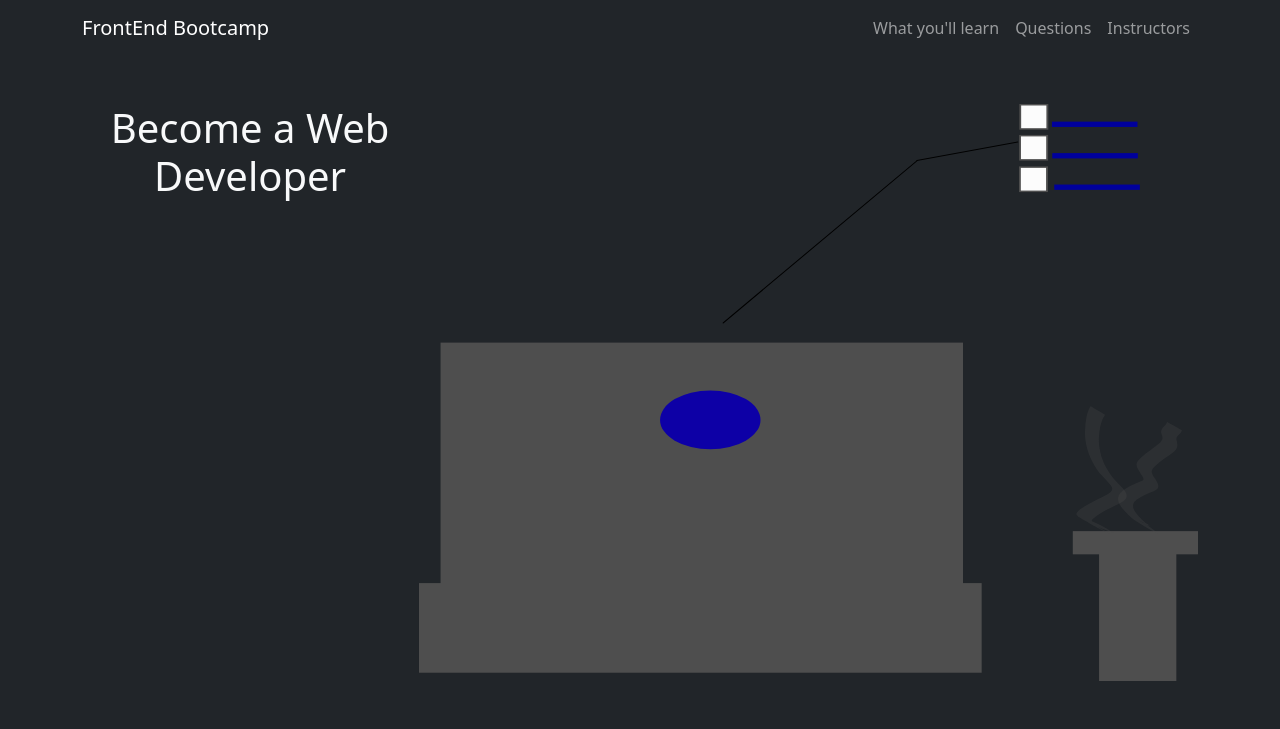
Repository: HaziimYassien/Front-End-BootCamp-__BootStrap-Project
Page: Front End BootCamp2/index.html
The author's editor kept a copy of each file at every save. The page is drawn from the files as they stood at one save, then again after a run of saves.
The browser window is 1280 px wide. The pictures show the whole page.

Above is the page before, as saved 2024-01-12 02:11:44.

### Front End BootCamp2/index.html
<!DOCTYPE html>
<html lang="en">
  <head>
    <meta charset="utf-8" />
    <meta name="viewport" content="width=device-width, initial-scale=1" />
    <title>Frontend Bootcamp</title>
    <link
      href="https://cdn.jsdelivr.net/npm/bootstrap@5.3.2/dist/css/bootstrap.min.css"
      rel="stylesheet"
      integrity="sha384-T3c6CoIi6uLrA9TneNEoa7RxnatzjcDSCmG1MXxSR1GAsXEV/Dwwykc2MPK8M2HN"
      crossorigin="anonymous"
    />
    <link rel="stylesheet" href="style.css" />
  </head>
  <body>
    <!-- START _NavigationBar -->
    <nav class="navbar navbar-expand-lg bg-dark navbar-dark">
      <div class="container">
        <a href="#" class="navbar-brand">FrontEnd Bootcamp</a>
        <button
          class="navbar-toggler"
          type="button"
          data-bs-toggle="collapse"
          data-bs-target="#navmenu"
        >
          <span class="navbar-toggler-icon"></span>
        </button>
        <div class="collapse navbar-collapse" id="navmenu">
          <ul class="navbar-nav ms-auto">
            <li class="nav-item">
              <a href="#learn" class="nav-link">What you'll learn</a>
            </li>
            <li class="nav-item">
              <a href="#questions" class="nav-link">Questions</a>
            </li>
            <li class="nav-item">
              <a href="#instructors" class="nav-link">Instructors</a>
            </li>
          </ul>
        </div>
      </div>
    </nav>
    <!-- END _NavigationBar -->

    <!-- START _ShowCase -->
    <section class="bg-dark text-light p-5 text-center">
      <div class="container">
        <div class="d-flex">
          <div>
            <h1>Become a Web Developer</h1>
          </div>
          <img
            class="img-fluid w-100 h-50"
            src="img/FirstImage_BootCampProject.svg"
            alt=""
          />
        </div>
      </div>
    </section>
    <script
      src="https://cdn.jsdelivr.net/npm/bootstrap@5.3.2/dist/js/bootstrap.bundle.min.js"
      integrity="sha384-C6RzsynM9kWDrMNeT87bh95OGNyZPhcTNXj1NW7RuBCsyN/o0jlpcV8Qyq46cDfL"
      crossorigin="anonymous"
    ></script>
  </body>
</html>

Loaded but not shown: Front End BootCamp2/style.css (no copy from this time; the picture is the same without it)

After the next 2 saves:
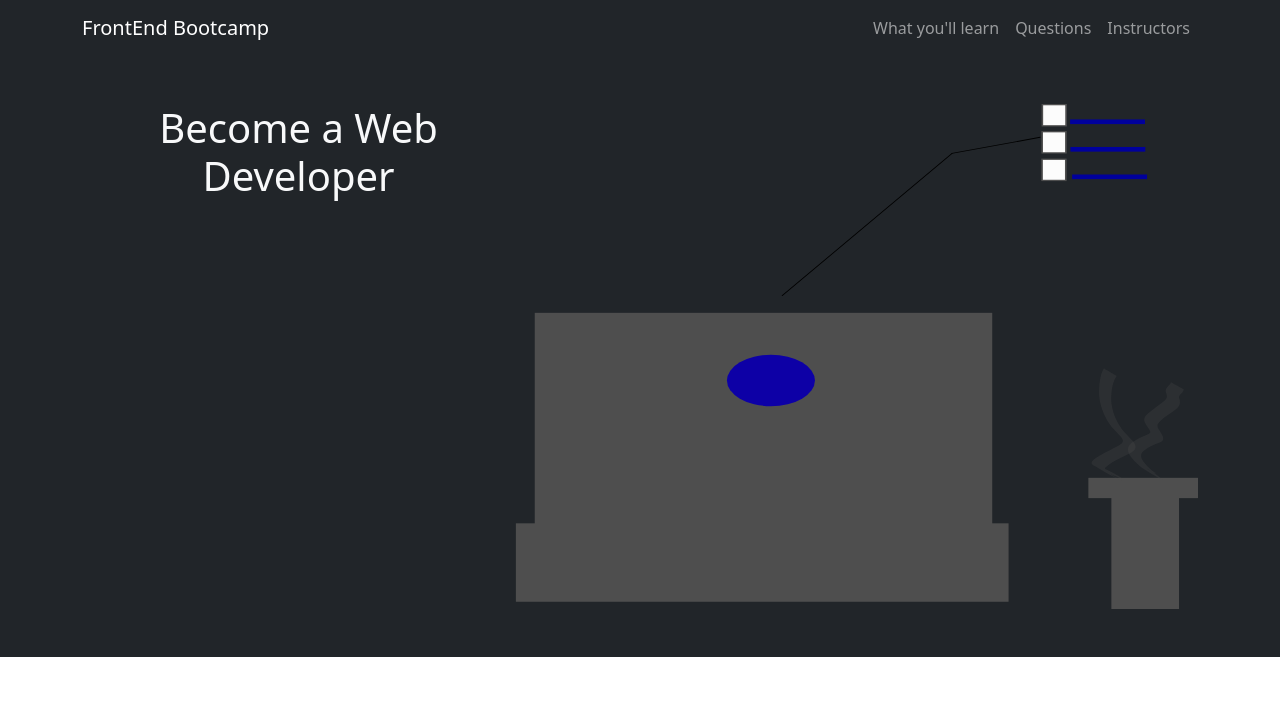
The 2 saves are shown as one change because they came seconds apart.
The last was saved 17 s later.
--- a/Front End BootCamp2/index.html
+++ b/Front End BootCamp2/index.html
@@ -50,7 +50,7 @@
             <h1>Become a Web Developer</h1>
           </div>
           <img
-            class="img-fluid w-100 h-50"
+            class="img-fluid w-10 h-50"
             src="img/FirstImage_BootCampProject.svg"
             alt=""
           />
